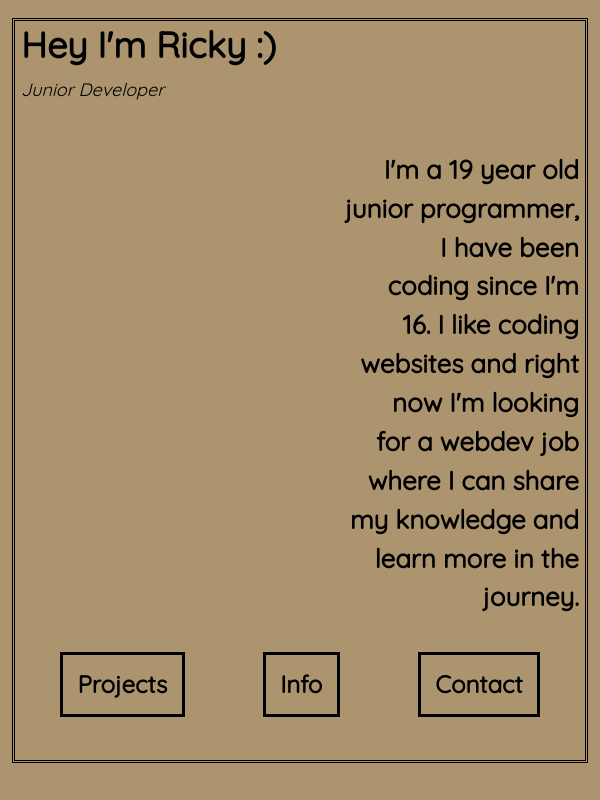
Repository: rickypcyt/ricky-react-portfolio
Page: /
These files come from the project's save history. The page is drawn as it stood at one moment and after a run of saves; the edit follows.
The browser window is 600 px wide. The pictures show the whole page.
The project was rebuilt for these pictures with package versions that can differ from the ones it lists, and the page was loaded fresh each time. Also part of the build but not shown: src/pages/Info.js, src/pages/Projects.js, src/pages/Contact.js, src/pages/WebMural.js, src/pages/NotesJS.js.

Above is the page before, as saved 2022-09-12 15:18:28.

After the next 2 saves:
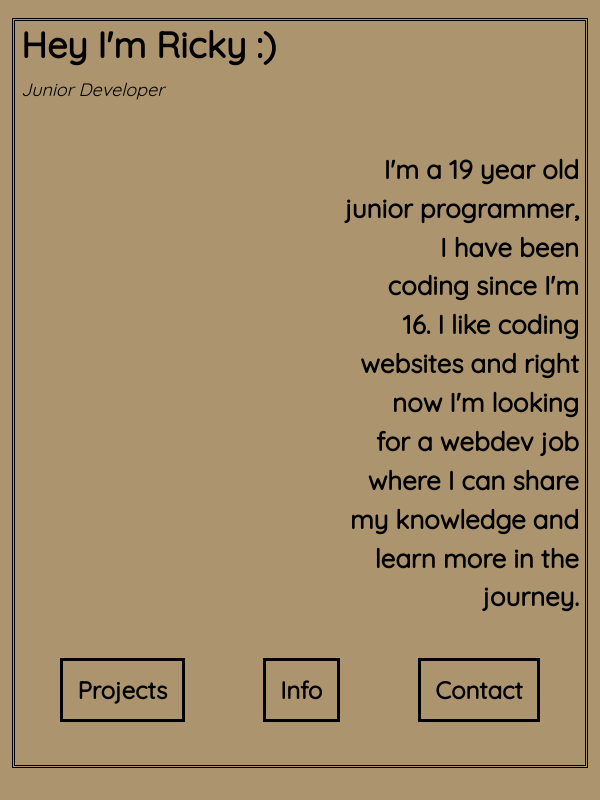
The 2 saves are shown as one change because they came seconds apart.
The last was saved 3 min 23 s later.
--- a/src/index.css
+++ b/src/index.css
@@ -49,6 +49,7 @@ ol {
   line-height: 1.5;
   text-align: end;
   font-size: larger;
+  padding-bottom: 1%;
 }
 .parrafo span {
   display: block;
@@ -208,15 +209,17 @@ ul {
   .image-container img {
     max-height: -10px;
   }
-  .cabeceranavi{
+  .cabeceranavi {
     padding-bottom: 7%;
   }
   .homeinfo {
-  font-size: x-large;
-  line-height: 150%;
-}
+    font-size: x-large;
+    line-height: 150%;
+  }
 }
 
 .image:hover {
-  transform: scale(1.15); /* (150% zoom - Note: if the zoom is too large, it will go outside of the viewport) */
-}
+  transform: scale(
+    1.15
+  ); /* (150% zoom - Note: if the zoom is too large, it will go outside of the viewport) */
+}
